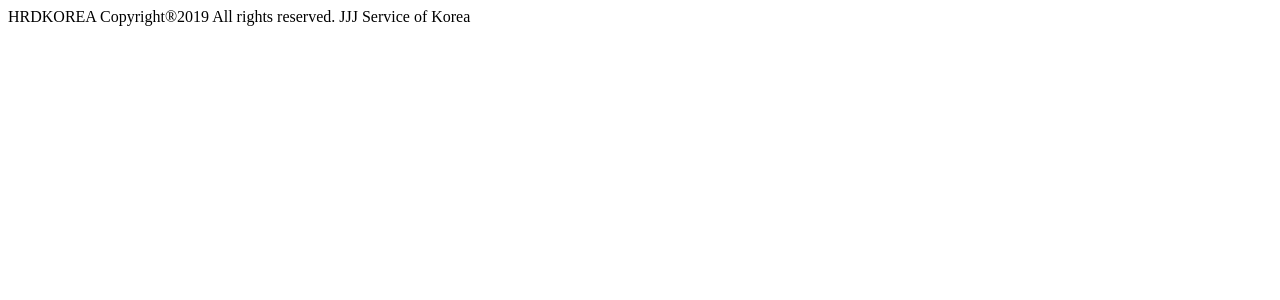
Repository: JQWJ/oudition_jsp
Page: http://localhost/oudition_pro/
The author's editor kept a copy of each file at every save. The page is drawn from the files as they stood at one save, then again after the next save.
The browser window is 1280 px wide. The pictures show the whole page.
The page is served by Tomcat 9.

Above is the page before, as saved 2020-12-09 01:31:55.

### oudition_pro/WebContent/index.jsp
<%@ page language="java" contentType="text/html; charset=UTF-8"
    pageEncoding="UTF-8"%>
<!DOCTYPE html>
<html>
<head>
<meta charset="UTF-8">
<title>Insert title here</title>
</head>
<body>
<%@include file="static/header.jsp" %>
<%@include file="static/nav.jsp" %>

<%
	String section = request.getParameter("section") != null ? request.getParameter("section") : "";

	switch(section) {
	case "oudition_register":
		%> <%@include file="page/oudition_register.jsp" %> <%
		break;
	case "oudition_lookup":
		%> <%@include file="page/oudition_lookup.jsp" %> <%
		break;
	case "oudition_lookup_score":
		%> <%@include file="page/oudition_lookup_score.jsp" %> <%
		break;
	case "oudition_lookup_rank":
		%> <%@include file="page/oudition_lookup_rank.jsp" %> <%
	default:
		%> <%@include file="static/index.jsp" %> <%
	}

%>

<%@include file="static/footer.jsp" %>
</body>
</html>

### oudition_pro/WebContent/static/nav.jsp
<%@ page language="java" contentType="text/html; charset=UTF-8"
    pageEncoding="UTF-8"%>
<nav>
	HRDKOREA Copyright®2019 All rights reserved. JJJ Service of Korea
</nav>

Loaded but not shown: oudition_pro/WebContent/static/header.jsp (common file); oudition_pro/WebContent/page/oudition_register.jsp (common file); oudition_pro/WebContent/page/oudition_lookup.jsp (common file); oudition_pro/WebContent/page/oudition_lookup_score.jsp (common file); oudition_pro/WebContent/page/oudition_lookup_rank.jsp (common file); oudition_pro/WebContent/static/index.jsp (common file); oudition_pro/WebContent/static/footer.jsp (common file)

After the next save:
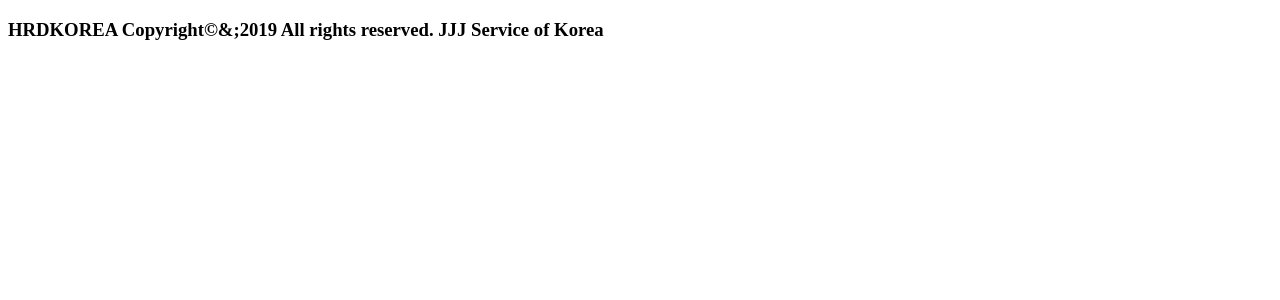
Saved 35 s later.
--- a/oudition_pro/WebContent/static/nav.jsp
+++ b/oudition_pro/WebContent/static/nav.jsp
@@ -1,5 +1,5 @@
 <%@ page language="java" contentType="text/html; charset=UTF-8"
     pageEncoding="UTF-8"%>
 <nav>
-	HRDKOREA Copyright®2019 All rights reserved. JJJ Service of Korea
+	<h3>HRDKOREA Copyright&copy&;2019 All rights reserved. JJJ Service of Korea</h3>
 </nav>
